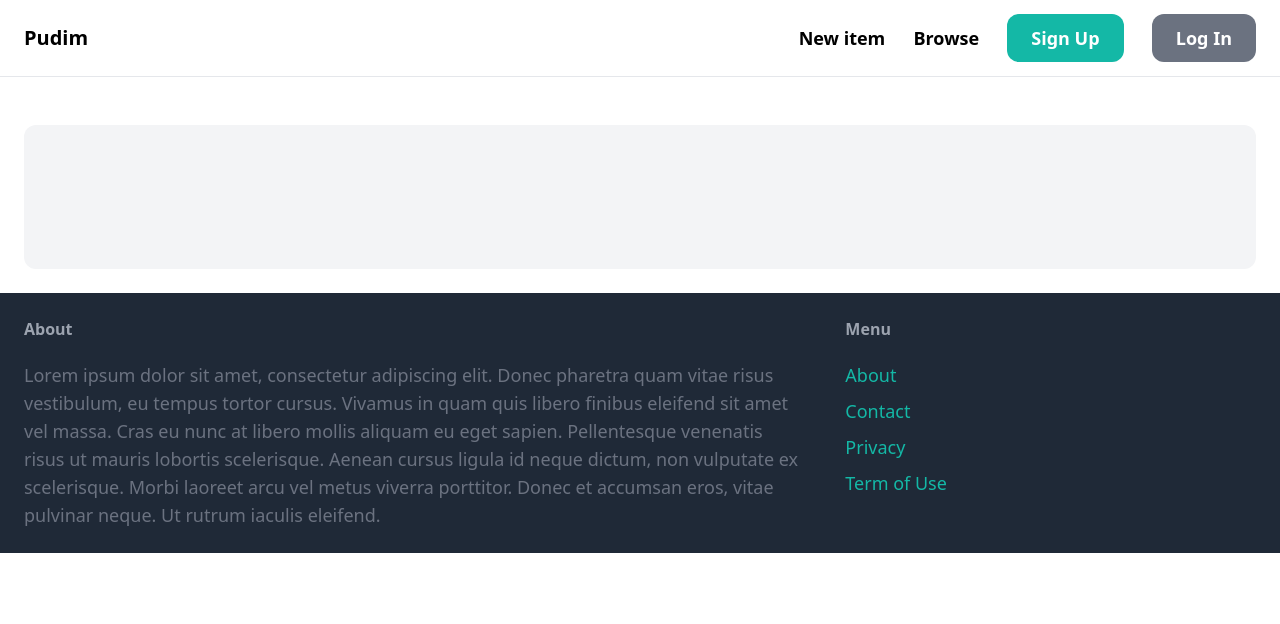
Repository: carolinapraxedes/Pudim
Page: core/templates/core/index.html
These files come from the project's save history. The page is drawn as it stood at one moment and after the next save; the edit follows.
The browser window is 1280 px wide. The pictures show the whole page.
Some web libraries are served in a nearby version. The page is served by the project's application, run on Django 5.2 (manage.py). Other server files are loaded and not shown. The template is opened directly, without the code that normally fills it, so the values that code supplies are empty.

Above is the page before, as saved 2024-03-01 17:14:07.

### core/templates/core/index.html
{% extends 'core/base.html' %}

{% block title %}Welcome{% endblock %}

{% block content %}
    <div class="mt-6 px-6 py-12 bg-gray-100 rounded-xl">
        <h2 class="mb-12 text-2x"></h2>

    </div>
{% endblock %}

### core/templates/core/base.html
<html lang="en">
<head>
    <meta charset="UTF-8">
    <meta name="viewport" content="width=device-width, initial-scale=1.0">
    <script src="https://cdn.tailwindcss.com"></script>
    <title>{% block title%}{% endblock %} - Pudim</title>
</head>
<body>
    <nav class="py-6 px-6 flex justify-between items-center border-b border-gray-200">
        <a href="/" class="text-xl font-semibold">Pudim</a>

        <div class="space-x-6">
            <a href="#" class="text-lg font-semibold hover:text-gray-500">New item</a>
            <a href="#" class="text-lg font-semibold hover:text-gray-500">Browse</a>

            <a href="#" class="px-6 py-3 text-lg font-semibold bg-teal-500 text-white rounded-xl hover:bg-teal-700">Sign Up</a>
            <a href="#" class="px-6 py-3 text-lg font-semibold bg-gray-500 text-white rounded-xl hover:bg-gray-700">Log In</a>
        </div>
    </nav>
    <div class="px-6 py-6">
        {% block content %}
        {% endblock %}
    </div>
    <footer class="py-6 px-6 flex justify-between bg-gray-800">
        <div class="w-2/3 pr-10">
            <h3 class="mb-5 font-semibold text-gray-400">About</h3>
            <p class="text-lg text-gray-500">Lorem ipsum dolor sit amet, consectetur adipiscing elit. Donec pharetra quam vitae risus vestibulum, eu tempus tortor cursus. Vivamus in quam quis libero finibus eleifend sit amet vel massa. Cras eu nunc at libero mollis aliquam eu eget sapien. Pellentesque venenatis risus ut mauris lobortis scelerisque. Aenean cursus ligula id neque dictum, non vulputate ex scelerisque. Morbi laoreet arcu vel metus viverra porttitor. Donec et accumsan eros, vitae pulvinar neque. Ut rutrum iaculis eleifend.</p>
        </div>
        <div class="w-1/3">
            <h3 class="mb-5 font-semibold text-gray-400">Menu</h3>
            <ul class="space-y-2">
                <li><a href="#" class="text-lg text-teal-500 hover:text-teal-700">About</a></li>
                <li><a href="{% url 'contact' %}" class="text-lg text-teal-500 hover:text-teal-700">Contact</a></li>
                <li><a href="" class="text-lg text-teal-500 hover:text-teal-700">Privacy</a></li>
                <li><a href="" class="text-lg text-teal-500 hover:text-teal-700">Term of Use</a></li>
            </ul>
        </div>


    </footer>

</body>
</html>

### pudim/urls.py
from django.contrib import admin
from django.urls import path
from core.views import index,contact

urlpatterns = [
    path('',index,name='index'),
    path('contact/',contact,name="contact"),
    path('admin/', admin.site.urls),
]

After the next save:
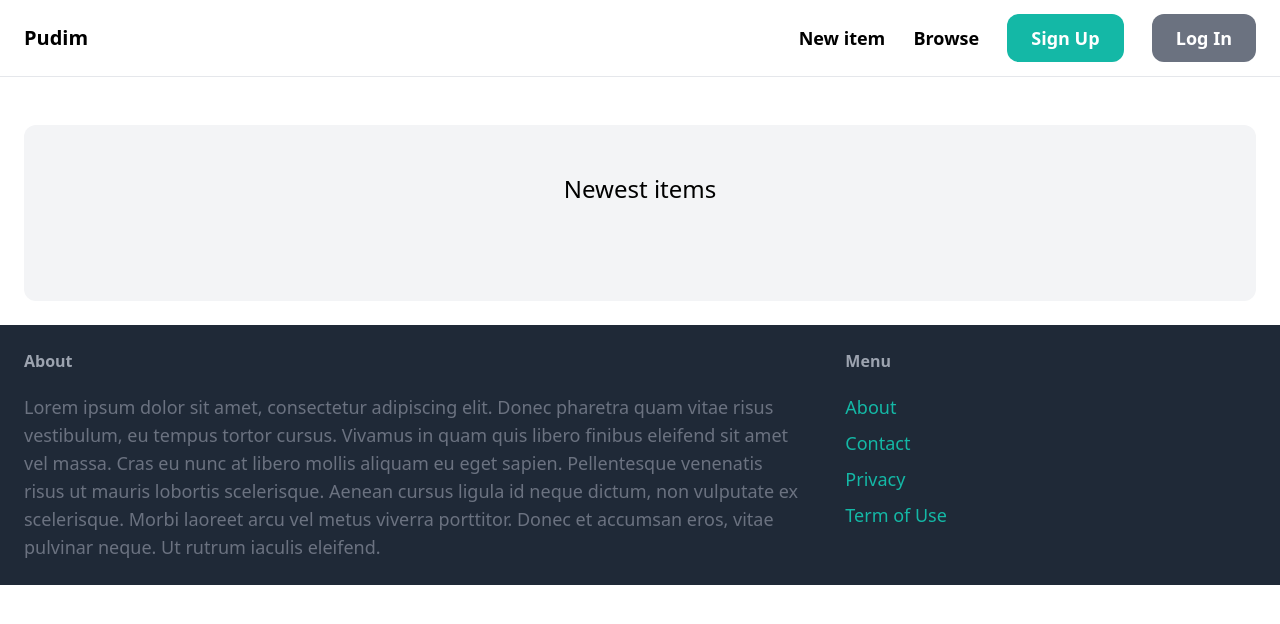
Saved 42 s later.
--- a/core/templates/core/index.html
+++ b/core/templates/core/index.html
@@ -4,7 +4,7 @@
 
 {% block content %}
     <div class="mt-6 px-6 py-12 bg-gray-100 rounded-xl">
-        <h2 class="mb-12 text-2x"></h2>
+        <h2 class="mb-12 text-2xl text-center">Newest items</h2>
 
     </div>
 {% endblock %}
